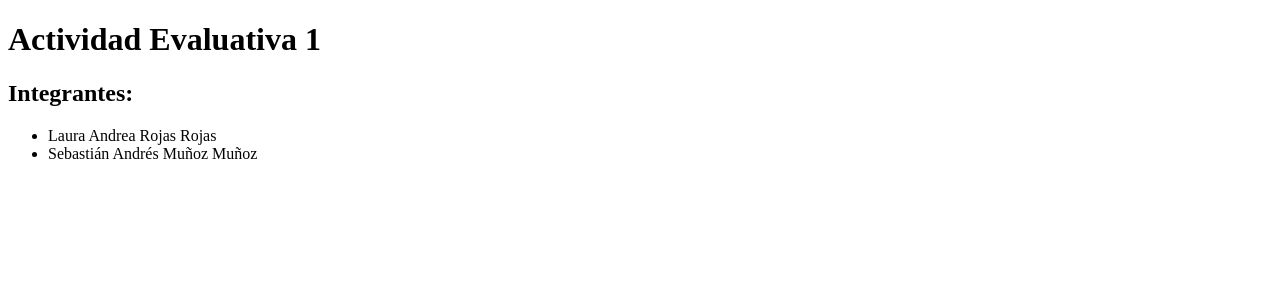
Repository: Laura-Oliveros/Actividad-Evaluativa-1
Page: LauSebas.html
The author's editor kept a copy of each file at every save. The page is drawn from the files as they stood at one save, then again after the next save.
The browser window is 1280 px wide. The pictures show the whole page.

Above is the page before, as saved 2025-09-04 18:45:23.

### LauSebas.html
<!DOCTYPE html>
<html lang="en">
<head>
    <meta charset="UTF-8">
    <meta name="viewport" content="width=device-width, initial-scale=1.0">
    <title>Actividad Evaluativa 1</title>
</head>
<body>
    <h1>Actividad Evaluativa 1</h1>
    <h2>Integrantes:</h2>
    <ul>
        <li>Laura Andrea Rojas Rojas</li>
        <li>Sebastián Andrés Muñoz Muñoz</li>
    </ul>

</body>
</html>

After the next save:
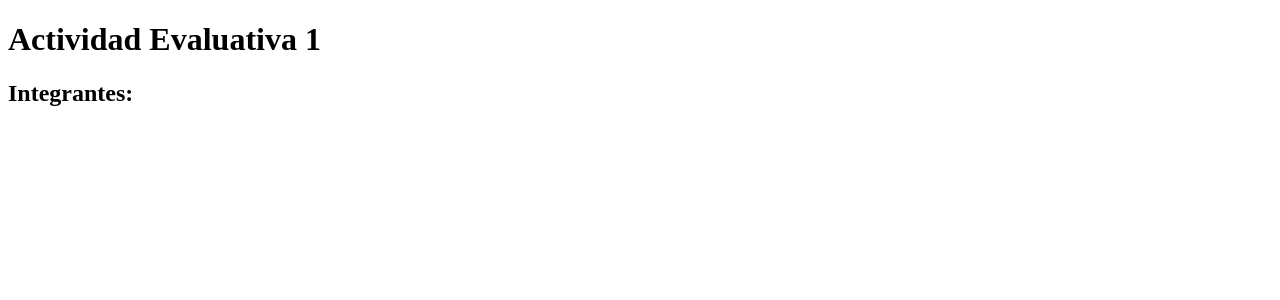
Saved 35 s later.
--- a/LauSebas.html
+++ b/LauSebas.html
@@ -8,10 +8,7 @@
 <body>
     <h1>Actividad Evaluativa 1</h1>
     <h2>Integrantes:</h2>
-    <ul>
-        <li>Laura Andrea Rojas Rojas</li>
-        <li>Sebastián Andrés Muñoz Muñoz</li>
-    </ul>
+
 
 </body>
 </html>
